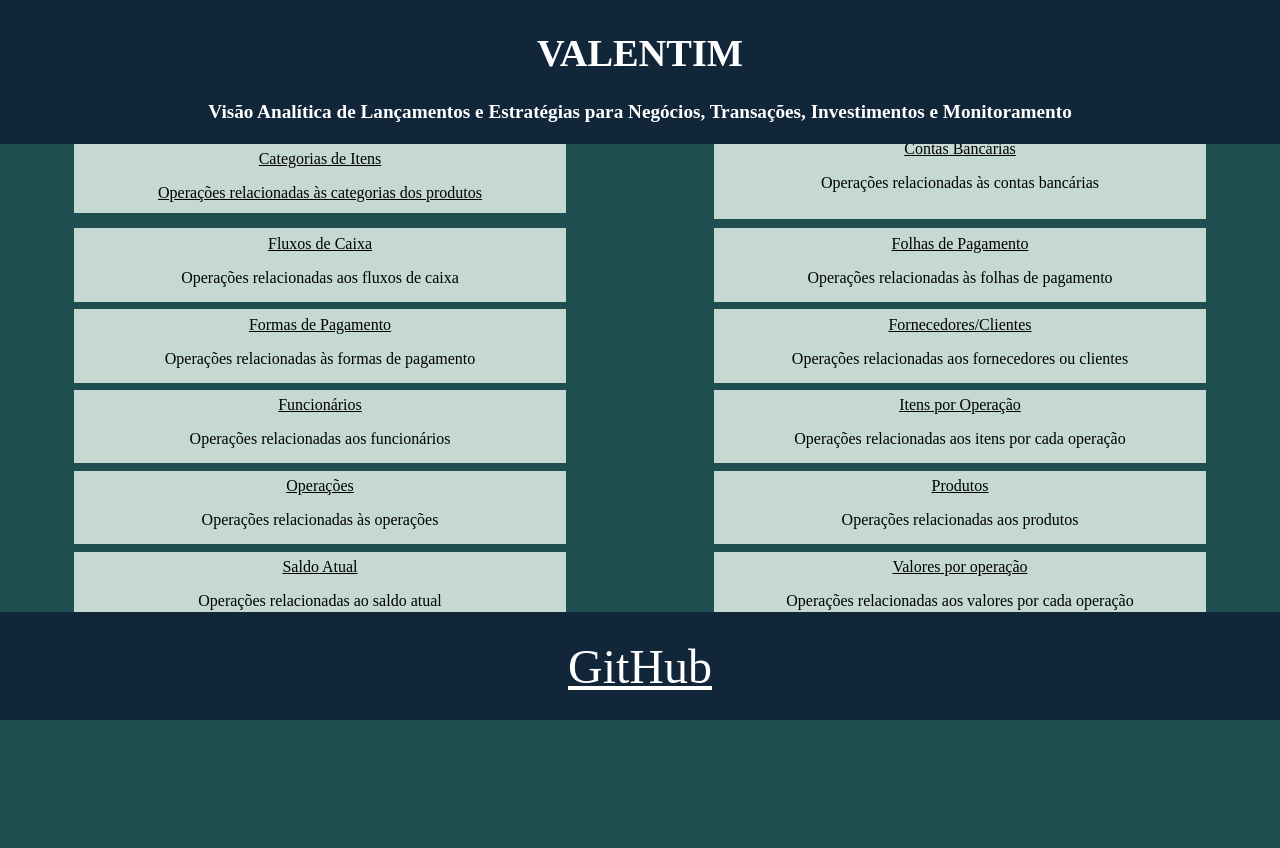
Repository: Matheus-Lacerda009/ERP-Financeiro
Page: Front/menu/menu.html
The author's editor kept a copy of each file at every save. The page is drawn from the files as they stood at one save, then again after the next save.
The browser window is 1280 px wide. The pictures show the whole page.

Above is the page before, as saved 2026-07-13 19:11:16.

### Front/menu/menu.html
<!DOCTYPE html>
<html lang="en">
<head>
    <meta charset="UTF-8">
    <meta name="viewport" content="wclassth=device-wclassth, initial-scale=1.0">
    <link rel="stylesheet" href="menu.css">
    <title>Document</title>
</head>
<body>
    <header>
        <h1>VALENTIM</h1>
        <h2>Visão Analítica de Lançamentos e Estratégias para Negócios, Transações, Investimentos e Monitoramento</h2>
    </header>
    <main>
        <div id="espaço"></div>
        <div class="container">
            <a href="../categoria_item/categoria_item.html" class="links">
                <div class="divEntidades">
                    <p>Categorias de Itens</p>
                    <p>Operações relacionadas às categorias dos produtos</p>
                </div>
            </a>
            <div class="divEntidades">
                <a href="../conta_bancaria/conta_bancaria.html" class="links">Contas Bancárias</a>
                <p>Operações relacionadas às contas bancárias</p>
            </div>
            <div class="divEntidades">
                <a href="../fluxo_caixa/fluxo_caixa.html" class="links">Fluxos de Caixa</a>
                <p>Operações relacionadas aos fluxos de caixa</p>
            </div>
            <div class="divEntidades">
                <a href="../folha_pagamento/folha_pagamento.html" class="links">Folhas de Pagamento</a>
                <p>Operações relacionadas às folhas de pagamento</p>
            </div>
            <div class="divEntidades">
                <a href="../forma_pagamento/forma_pagamento.html" class="links">Formas de Pagamento</a>
                <p>Operações relacionadas às formas de pagamento</p>
            </div>
            <div class="divEntidades">
                <a href="../fornecedor_cliente/fornecedor_cliente.html" class="links">Fornecedores/Clientes</a>
                <p>Operações relacionadas aos fornecedores ou clientes</p>
            </div>
            <div class="divEntidades">
                <a href="../funcionario/funcionario.html" class="links">Funcionários</a>
                <p>Operações relacionadas aos funcionários</p>
            </div>
            <div class="divEntidades">
                <a href="../itens_operacao/itens_operacao.html" class="links">Itens por Operação</a>
                <p>Operações relacionadas aos itens por cada operação</p>
            </div>
            <div class="divEntidades">
                <a href="../operacao/operacao.html" class="links">Operações</a>
                <p>Operações relacionadas às operações</p>
            </div>
            <div class="divEntidades">
                <a href="../produtos/produtos.html" class="links">Produtos</a>
                <p>Operações relacionadas aos produtos</p>
            </div>
            <div class="divEntidades">
                <a href="../saldoAtual/saldoAtual.html" class="links">Saldo Atual</a>
                <p>Operações relacionadas ao saldo atual</p>
            </div>
            <div class="divEntidades">
                <a href="../valor_pVenda/valor_pVenda.html" class="links">Valores por operação</a>
                <p>Operações relacionadas aos valores por cada operação</p>
            </div>
            <div class="divEntidades">
                <a href="../valor_salario/valor_salario.html" class="links">Salários</a>
                <p>Operações relacionadas aos salários</p>
            </div>
            <div class="divEntidades">
                <a href="../notaFiscal/nota_fiscal.html" class="links">Notas Fiscais</a>
                <p>Operações relacionadas às notas fiscais</p>
            </div>
        </div>
    </main>
    <footer>
        <a href="https://github.com/Matheus-Lacerda009/ERP-Financeiro.git" id="github">GitHub</a>
    </footer>
</body>
</html>

### Front/menu/menu.css
body{
    overflow: hidden;
}
header{
    position: fixed;
    top: 0;
    left: 0;
    width: 100%;
    height: 20%;
    background-color: #12263A;
    z-index: 1;
    text-align: center;
    align-content: center;
}

footer{
    position: fixed;
    bottom: 0;
    left: 0;
    width: 100%;
    height: 15%;
    background-color: #12263A;
    text-align: center;
    align-content: center;
}

#github{
    color: white;
    font-size: 300%;
}

header, h1{
    font-size: 300%;
    color: white;
    font-size: 3vw;
}

header, h2{
    color: white;
    font-size: 1.5vw;
}

body{
    margin: 0;
    padding: 0;
    background-color: #1f4e50;
}

.container{
    height: 100vh;
    width: 100%;
    margin-top: 10%;
    box-sizing: border-box;
    display: grid;
    grid-template-columns: repeat(2, 7fr);
    align-content: start;
}

.divEntidades{
    height: 75%;
    width: 75%;
    background-color: #C5D8D1;
    text-align: center;
    padding: 1%;
    margin: auto;
}

.links{
    color: black;
}

After the next save:
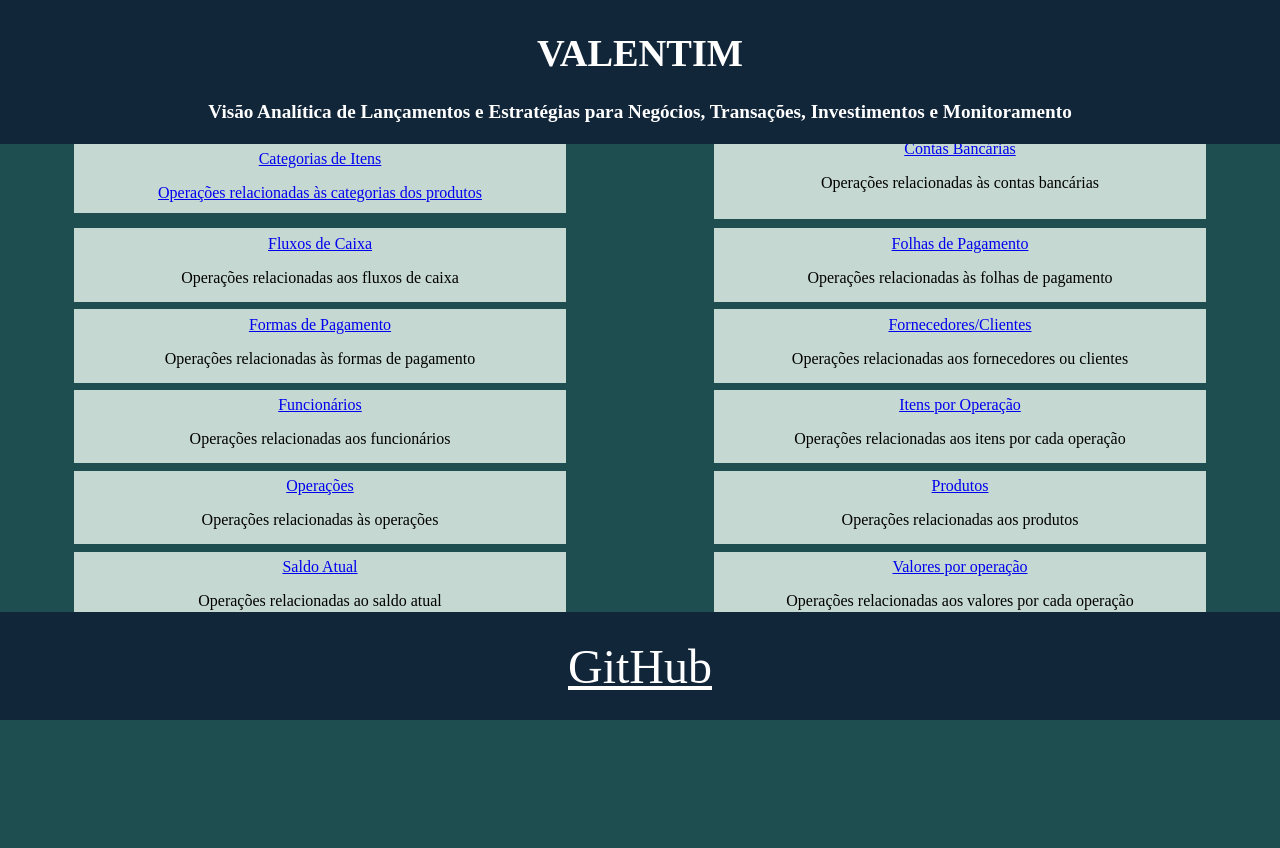
Saved 5 s later.
--- a/Front/menu/menu.css
+++ b/Front/menu/menu.css
@@ -64,7 +64,3 @@ body{
     padding: 1%;
     margin: auto;
 }
-
-.links{
-    color: black;
-}

After the save that followed:
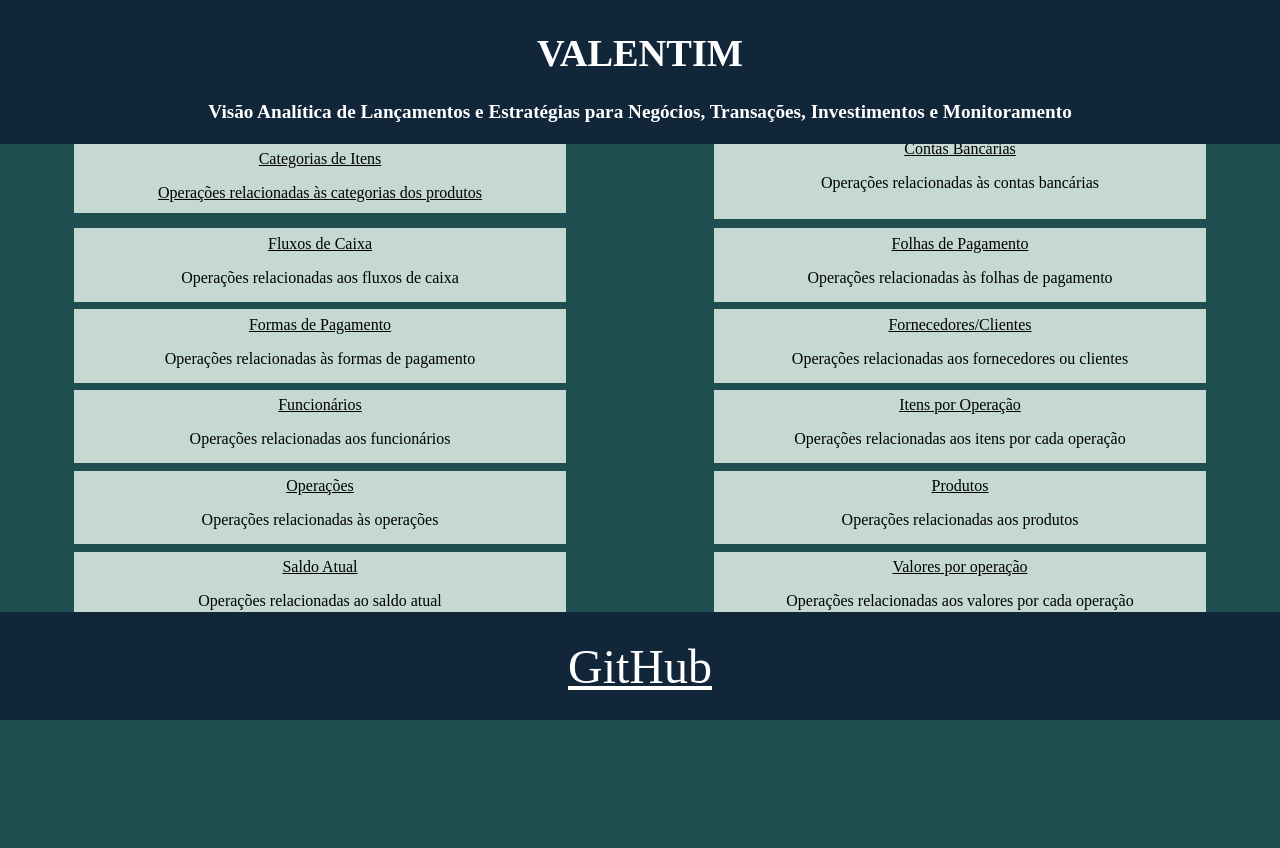
Saved 5 s later.
--- a/Front/menu/menu.css
+++ b/Front/menu/menu.css
@@ -64,3 +64,7 @@ body{
     padding: 1%;
     margin: auto;
 }
+
+.links{
+    color: black;
+}
